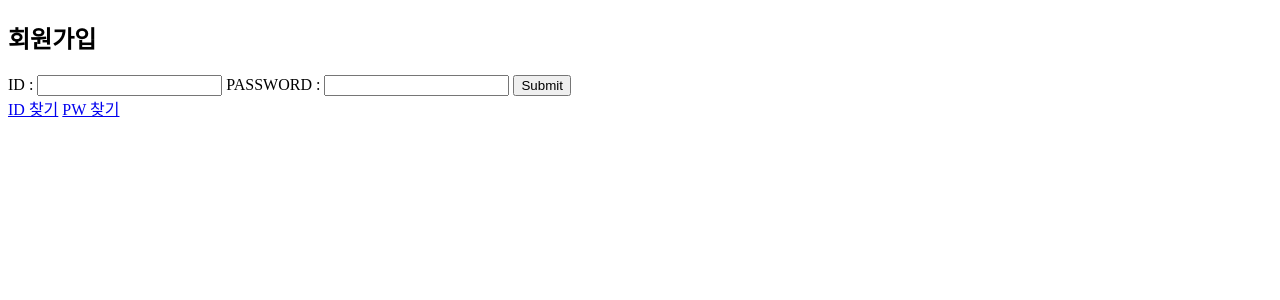
Repository: sanghun-kim-06/SayThat
Page: http://localhost/saythat/signIn
The author's editor kept a copy of each file at every save. The page is drawn from the files as they stood at one save, then again after the next save.
The browser window is 1280 px wide. The pictures show the whole page.
The page is served by Tomcat 9. Other server files are loaded and not shown.

Above is the page before, as saved 2024-04-03 08:00:31.

### saythat/src/main/webapp/WEB-INF/view/signIn.jsp
<%@ page language="java" contentType="text/html; charset=UTF-8"
    pageEncoding="UTF-8"%>
<!DOCTYPE html>
<html>
<head>
<meta charset="UTF-8">
<title>Insert title here</title>
</head>
<body>
<h2>회원가입</h2>
<form action="/signIn" method="post" name="frm">
<label id="label1">ID : </label>
<input type="text" id="id" name="id">
<label>PASSWORD : </label>
<input type="password" id="password" name="password">
<input type="submit" onclick="return check()">
</form>
<a href="/findId">ID 찾기</a>
<a href="/findPassword">PW 찾기</a>
<script>
function check(){
	if(document.frm.id.value.trim() == ""){
		document.frm.id.focus();
		alert("아이디를 입력해주세요");
		return false;
	}
	if(document.frm.password.value.trim() == ""){
		document.frm.password.focus();
		alert("비밀번호를 입력해주세요");
		return false;
	}
	return true;
}
</script>
</body>
</html>

### saythat/src/main/java/controller/FrontController.java
package controller;

import java.io.IOException;
import java.io.ObjectInputFilter.Config;
import java.io.PrintWriter;
import java.util.HashMap;

import javax.servlet.RequestDispatcher;
import javax.servlet.ServletConfig;
import javax.servlet.ServletException;
import javax.servlet.annotation.WebServlet;
import javax.servlet.http.HttpServlet;
import javax.servlet.http.HttpServletRequest;
import javax.servlet.http.HttpServletResponse;

import org.json.simple.JSONObject;


/**
 * Servlet implementation class FrontController
 */
public class FrontController extends HttpServlet {
	private static final long serialVersionUID = 1L;
	String charset = null;
	HashMap<String, Controller> list = null;

	private final String prefix = "/WEB-INF/view/";
	private final String postfix = ".jsp";

	@Override
	public void init(ServletConfig config) throws ServletException {
		charset = config.getInitParameter("charset");
		list = new HashMap<String, Controller>();

		list.put("/", new MainController());
		list.put("/signUp", new SignUpController());
		list.put("/signIn", new SignInController());
	}

	@Override
	protected void service(HttpServletRequest req, HttpServletResponse resp) throws ServletException, IOException {
		req.setCharacterEncoding(charset);
		resp.setContentType("application/x-json; charset=UTF-8");

		String url = req.getRequestURI();
		String contextPath = req.getContextPath();
		String path = url.substring(contextPath.length());

		if(path.equals("/userIdCheck")) {
			PrintWriter out = resp.getWriter();
			System.out.println("컨트롤러 실행 전");
			UserIdCheckController u_controller = new UserIdCheckController();
			String id = req.getParameter("id");
			String result = u_controller.excute(req, resp);
			if(result.equals("사용 가능한 ID입니다.")) {
				JSONObject obj = new JSONObject();
				obj.put("result", result);
				out.print(obj);
				out.close();
				return;
			}else {
				JSONObject obj = new JSONObject();
				result = "사용 불가능한 ID입니다.";
				obj.put("result", result);
				out.print(obj);
				out.close();
				return;
			}
		}

		Controller subController = list.get(path);

		if(subController == null) {
			resp.sendRedirect("/");
			return;
		}

		String result = null;
		try {
			result = subController.excute(req, resp);
		}catch (Exception e) {
			e.printStackTrace();
		}

		if(result.indexOf("redirect::") != 0) {
			RequestDispatcher dispatcher = req.getRequestDispatcher(prefix + result + postfix);
			dispatcher.forward(req, resp);
		}else {
			String reUrl = result.substring("redirect::".length());
			resp.sendRedirect(reUrl);
		}
	}



    /**
     * @see HttpServlet#HttpServlet()
     */
    public FrontController() {
        super();
        // TODO Auto-generated constructor stub
    }

	/**
	 * @see HttpServlet#doGet(HttpServletRequest request, HttpServletResponse response)
	 */
	protected void doGet(HttpServletRequest request, HttpServletResponse response) throws ServletException, IOException {
		// TODO Auto-generated method stub
		response.getWriter().append("Served at: ").append(request.getContextPath());
	}

	/**
	 * @see HttpServlet#doPost(HttpServletRequest request, HttpServletResponse response)
	 */
	protected void doPost(HttpServletRequest request, HttpServletResponse response) throws ServletException, IOException {
		// TODO Auto-generated method stub
		doGet(request, response);
	}

}

### saythat/src/main/java/controller/Controller.java
package controller;

import java.io.IOException;

import javax.servlet.ServletException;
import javax.servlet.http.HttpServletRequest;
import javax.servlet.http.HttpServletResponse;

public interface Controller {
	public String excute(HttpServletRequest req, HttpServletResponse resp) throws IOException, ServletException;

}

### saythat/src/main/java/controller/MainController.java
package controller;

import javax.servlet.http.HttpServletRequest;
import javax.servlet.http.HttpServletResponse;

public class MainController implements Controller {
	@Override
	public String excute(HttpServletRequest req, HttpServletResponse resp) {
		return "index";
	}
}

### saythat/src/main/java/controller/SignUpController.java
package controller;

import java.sql.Date;

import javax.servlet.http.HttpServletRequest;
import javax.servlet.http.HttpServletResponse;

import service.SayThatService;
import vo.SignUpVO;

public class SignUpController implements Controller{
	@Override
	public String excute(HttpServletRequest req, HttpServletResponse resp) {
		if(req.getMethod().equals("POST")) {
			SayThatService service = new SayThatService();
			SignUpVO vo = new SignUpVO();
			vo.setId(req.getParameter("id"));
			vo.setPassword(req.getParameter("password"));
			vo.setName(req.getParameter("name"));
			vo.setPhone(req.getParameter("phone"));
			System.out.println(req.getParameter("joindate"));
			vo.setJoindate(Date.valueOf(req.getParameter("joindate")));

			service.signUpInsert(vo);
			req.setAttribute("signUp_ok", "ok");

			return "index";
		}else {
			return "signUp";
		}

	}

}

### saythat/src/main/java/controller/SignInController.java
package controller;

import javax.servlet.http.HttpServletRequest;
import javax.servlet.http.HttpServletResponse;

import service.SayThatService;

public class SignInController implements Controller{
	@Override
	public String excute(HttpServletRequest req, HttpServletResponse resp) {
		if(req.getMethod().equals("POST")) {
			SayThatService service = new SayThatService();
			service.signIn(req, resp);


			return "signIn";
		}else {
			return "signIn";
		}
	}

}

After the next save:
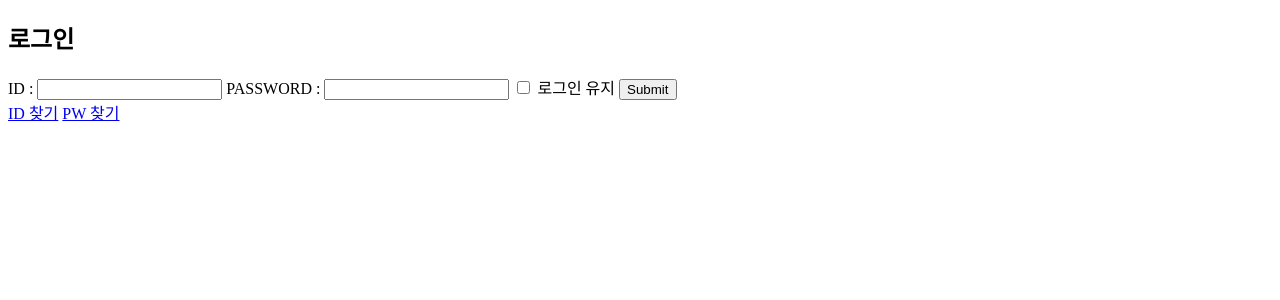
Saved 14 min 24 s later.
--- a/saythat/src/main/webapp/WEB-INF/view/signIn.jsp
+++ b/saythat/src/main/webapp/WEB-INF/view/signIn.jsp
@@ -7,12 +7,14 @@
 <title>Insert title here</title>
 </head>
 <body>
-<h2>회원가입</h2>
+<h2>로그인</h2>
 <form action="/signIn" method="post" name="frm">
 <label id="label1">ID : </label>
 <input type="text" id="id" name="id">
 <label>PASSWORD : </label>
 <input type="password" id="password" name="password">
+<input type="checkbox" id="login_keep" name="login_keep">
+<label>로그인 유지</label>
 <input type="submit" onclick="return check()">
 </form>
 <a href="/findId">ID 찾기</a>
